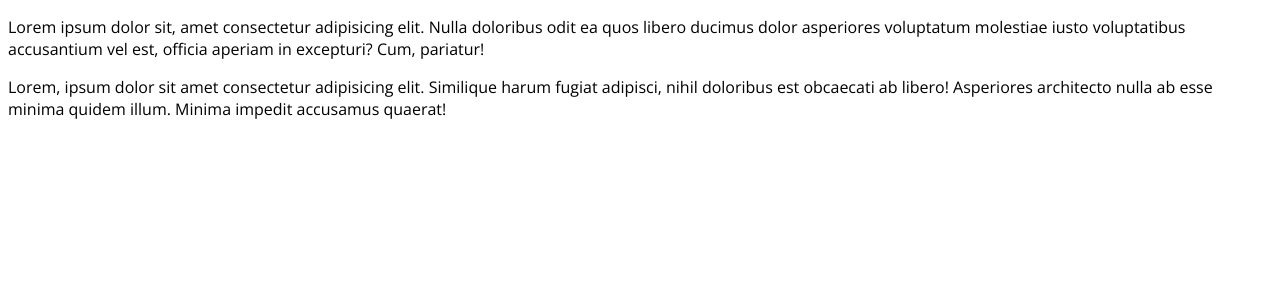
Repository: nguyenduong12345/EcommerceWebsite-productpage
Page: index.html
These files come from the project's save history. The page is drawn as it stood at one moment and after the next save; the edit follows.
The browser window is 1280 px wide. The pictures show the whole page.
The style sheet was rebuilt from its Sass, Less or Tailwind sources for each picture, by a compiler version that may differ from the author's.

Above is the page before, as saved 2022-12-07 00:06:59.

### index.html
<!DOCTYPE html>
<html lang="en">
  <head>
    <meta charset="UTF-8" />
    <meta http-equiv="X-UA-Compatible" content="IE=edge" />
    <meta name="viewport" content="width=device-width, initial-scale=1.0" />
    <title>Trang san pham</title>
    <link rel="preconnect" href="https://fonts.googleapis.com" />
    <link rel="preconnect" href="https://fonts.gstatic.com" crossorigin />
    <link
      href="https://fonts.googleapis.com/css2?family=Bebas+Neue&family=Lato:wght@400;700;900&family=Open+Sans:ital,wght@0,300;0,400;0,500;0,700;1,300&family=Poppins:ital,wght@0,300;0,400;0,500;0,600;0,700;0,800;1,300;1,400;1,500;1,600;1,700;1,800&family=Roboto:wght@100;300;400;500;700&family=Ubuntu:wght@300;400;500&family=Vidaloka&display=swap"
      rel="stylesheet"
    />
    <link rel="stylesheet" href="./style.css" />
  </head>
  <body>
    <p>
      Lorem ipsum dolor sit, amet consectetur adipisicing elit. Nulla doloribus
      odit ea quos libero ducimus dolor asperiores voluptatum molestiae iusto
      voluptatibus accusantium vel est, officia aperiam in excepturi? Cum,
      pariatur!
    </p>
    <div class="box"></div>
    <p>
      Lorem, ipsum dolor sit amet consectetur adipisicing elit. Similique harum
      fugiat adipisci, nihil doloribus est obcaecati ab libero! Asperiores
      architecto nulla ab esse minima quidem illum. Minima impedit accusamus
      quaerat!
    </p>
  </body>
</html>

### style.scss
body {
  font-family: "Open Sans", serif;
}

After the next save:
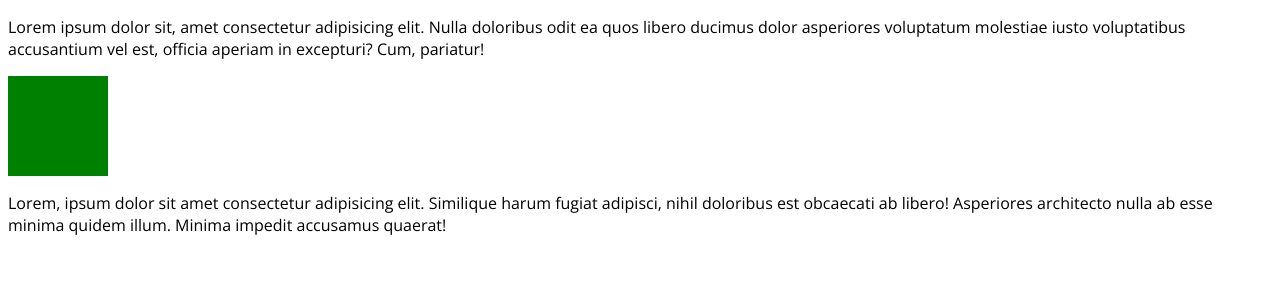
Saved 2 min 49 s later.
--- a/style.scss
+++ b/style.scss
@@ -1,3 +1,8 @@
 body {
   font-family: "Open Sans", serif;
 }
+.box {
+  width: 100px;
+  height: 100px;
+  background-color: green;
+}
